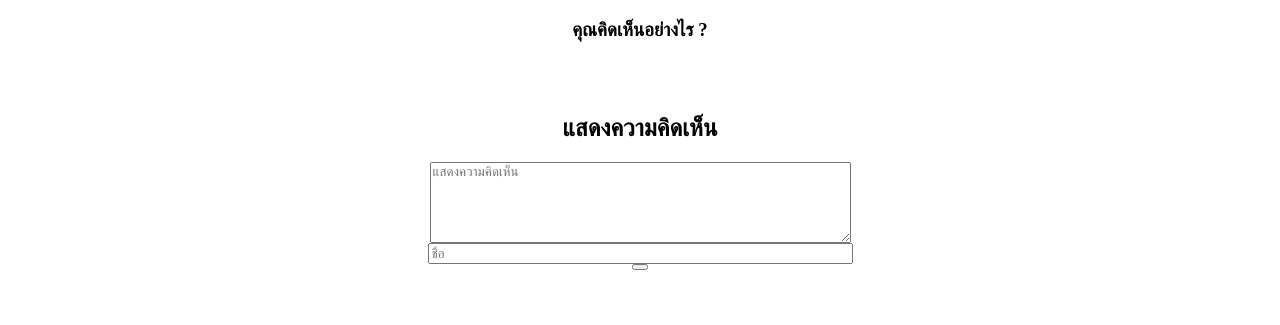
Repository: Wanaratkhamla/LabJavaWeb
Page: http://localhost/TestLabinMidterm/
The author's editor kept a copy of each file at every save. The page is drawn from the files as they stood at one save, then again after the next save.
The browser window is 1280 px wide. The pictures show the whole page.
The page is served by Tomcat 9. Other server files are loaded and not shown. Queries for data that is not in the repository find no rows.

Above is the page before, as saved 2017-02-28 11:59:56.

### TestLabinMidterm/WebContent/index.jsp
<%@page import="java.sql.SQLException"%>
<%@page import="java.sql.ResultSet"%>
<%@page import="java.sql.DriverManager"%>
<%@page import="java.sql.Statement"%>
<%@page import="java.sql.Connection"%>
<%@ page contentType="text/html; charset=utf-8" pageEncoding="utf-8"%>
<!DOCTYPE html PUBLIC "-//W3C//DTD HTML 4.01 Transitional//EN" "http://www.w3.org/TR/html4/loose.dtd">
<html>
<head>
<meta http-equiv="Content-Type" content="text/html; charset=ISO-8859-1">
<meta content="utf-8">
<title>แสดงความคิดเห็น</title>
</head>
<body>

	<h3 align="center">คุณคิดเห็นอย่างไร ?</h3>
	<br>
	<%
		Connection connect = null;
		Statement s = null;

		try {
			Class.forName("com.mysql.jdbc.Driver");
			connect = DriverManager
					.getConnection("jdbc:mysql://localhost/forum?characterEncoding=utf-8" + "&user=root&password=");
			s = connect.createStatement();

			String sql = "SELECT * FROM forum";

			ResultSet forum = s.executeQuery(sql);
			while ((forum != null) && (forum.next())) {
	%>
	<p align="center">
		<i> <%=forum.getString("detail")%></i>
	</p>
	<p align="center">
		<i> โดย <%=forum.getString("author")%> <%=forum.getInt("post_date")%></i>
	</p>
	<p align="center">
		<i> <%=forum.getInt("love")%> <a
			href="ForumController?action=updatelove&fid=<%=forum.getInt("fid")%>&update=<%=forum.getInt("love") + 1%>">love</a></i>
	</p>
	<br>
	<br>
	<br>


	<%
		}
		} catch (Exception e) {
			// TODO Auto-generated catch block
			out.println(e.getMessage());
			e.printStackTrace();
		}

		try {
			if (s != null) {
				s.close();
				connect.close();
			}
		} catch (SQLException e) {
			// TODO Auto-generated catch block
			out.println(e.getMessage());
			e.printStackTrace();
		}
	%>

	<br>


	<div align="center">
		<form action="ForumController">
			<h2 align="center">แสดงความคิดเห็น</h2>
			<input type="hidden" name="action" value="insertForum">
			<textarea rows="5" cols="50" placeholder="แสดงความคิดเห็น"></textarea><br>
			<input type="text" name="username" placeholder="ชื่อ" size="50"><br>
			<button></button>
		</form>
	</div>

</body>
</html>

After the next save:
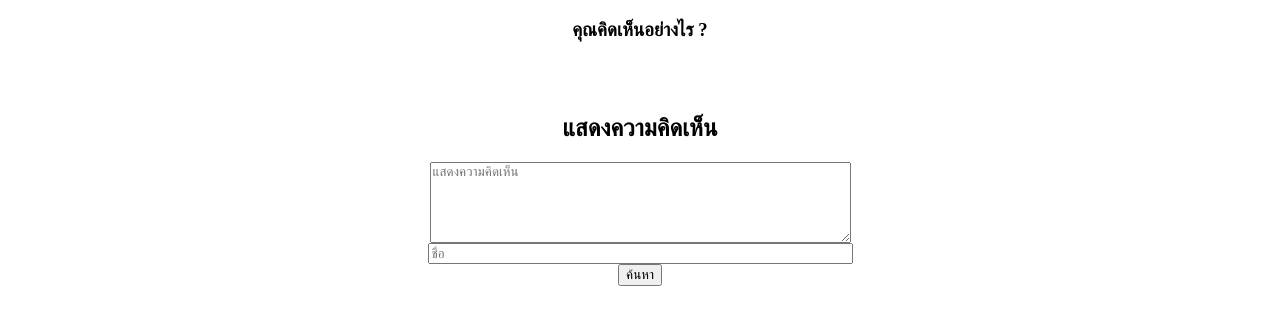
Saved 12 s later.
--- a/TestLabinMidterm/WebContent/index.jsp
+++ b/TestLabinMidterm/WebContent/index.jsp
@@ -74,7 +74,7 @@
 			<input type="hidden" name="action" value="insertForum">
 			<textarea rows="5" cols="50" placeholder="แสดงความคิดเห็น"></textarea><br>
 			<input type="text" name="username" placeholder="ชื่อ" size="50"><br>
-			<button></button>
+			<button type="summit">ค้นหา</button>
 		</form>
 	</div>
 
